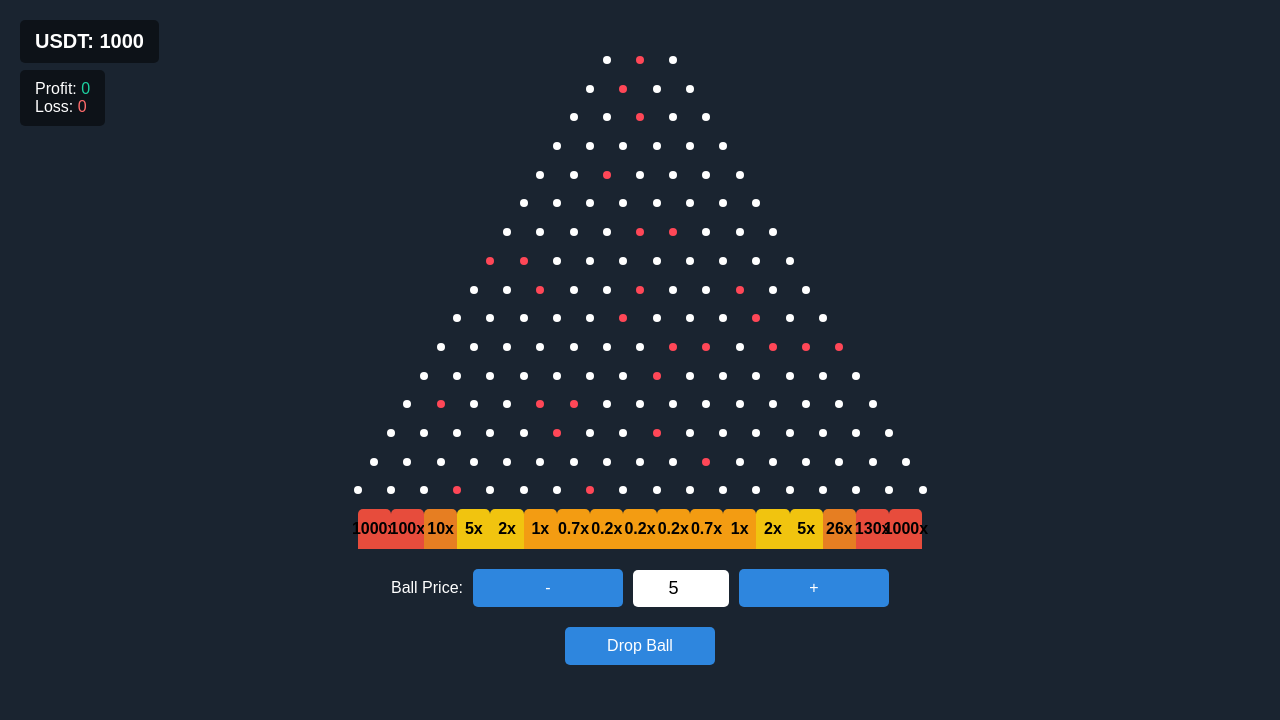
Repository: daffa-alif/PLINKO-JS
Page: plinko.html
An editor plug-in stored every save of this project. The page is shown before and after a run of saves, followed by the edit.
The browser window is 1280 px wide. The pictures show the whole page.

Above is the page before, as saved 2025-03-07 08:46:08.

After the next 2 saves:
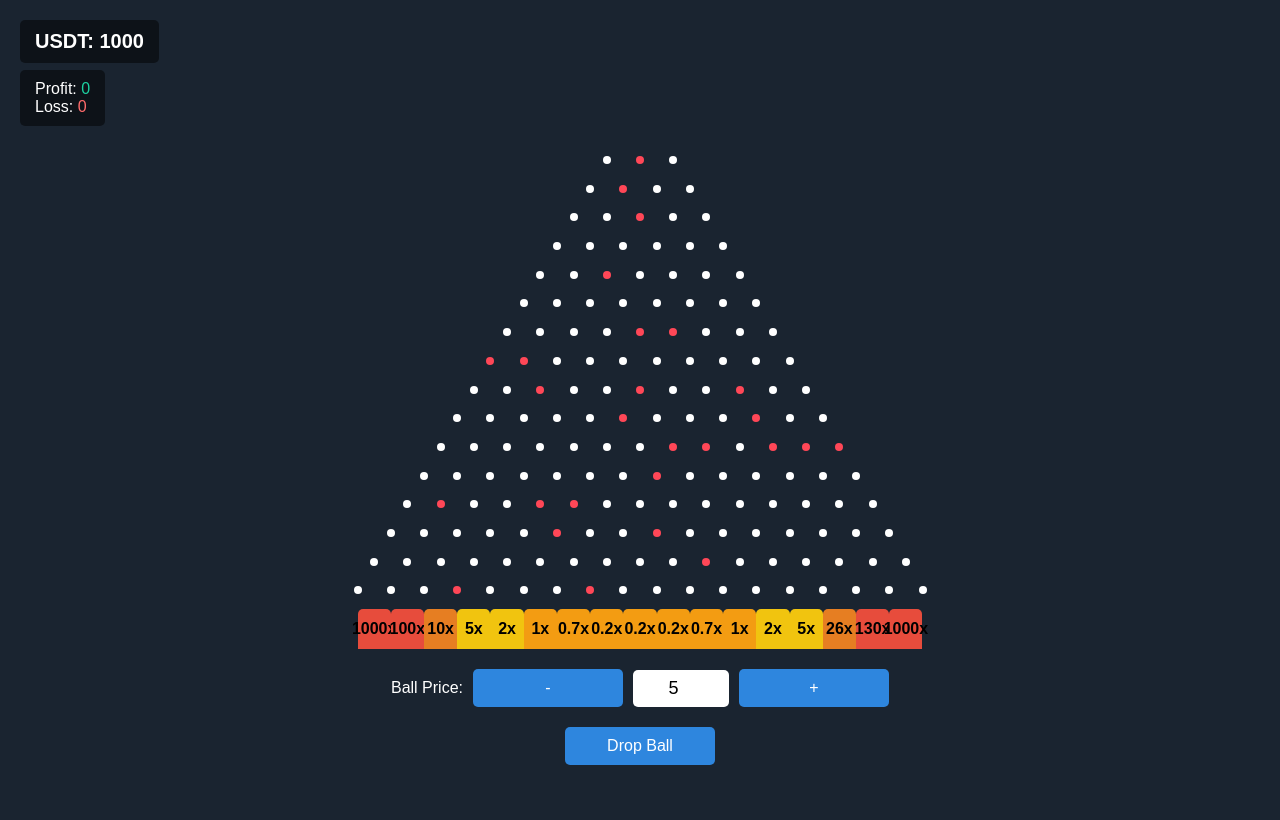
The 2 saves are shown as one change because they came seconds apart.
The last was saved 7 s later.
--- a/plinko.html
+++ b/plinko.html
@@ -6,7 +6,7 @@
     <title>Plinko Game</title>
     <style>
         body {
-            padding-: ;
+            padding-top: 100px;
             background-color: #1a2430;
             font-family: Arial, sans-serif;
             display: flex;

After the save that followed:
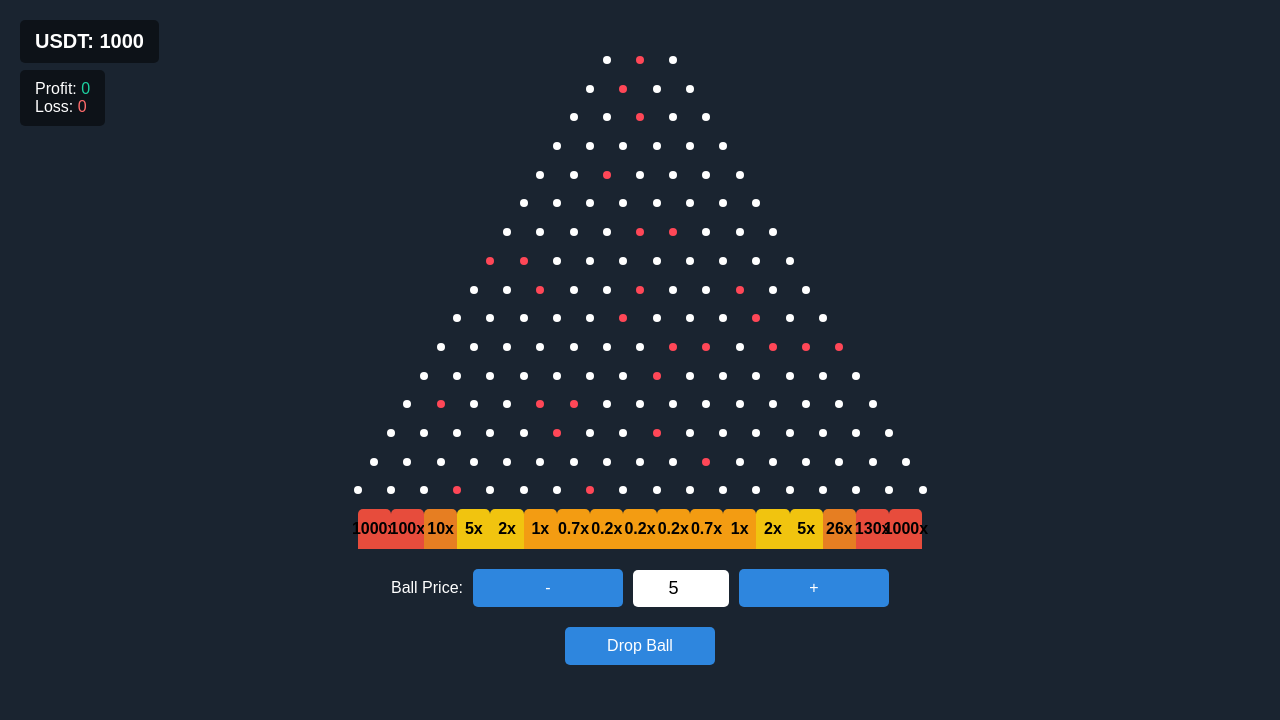
Saved 4 s later.
--- a/plinko.html
+++ b/plinko.html
@@ -6,7 +6,7 @@
     <title>Plinko Game</title>
     <style>
         body {
-            padding-top: 100px;
+            padding-top: 100px 100px;
             background-color: #1a2430;
             font-family: Arial, sans-serif;
             display: flex;
